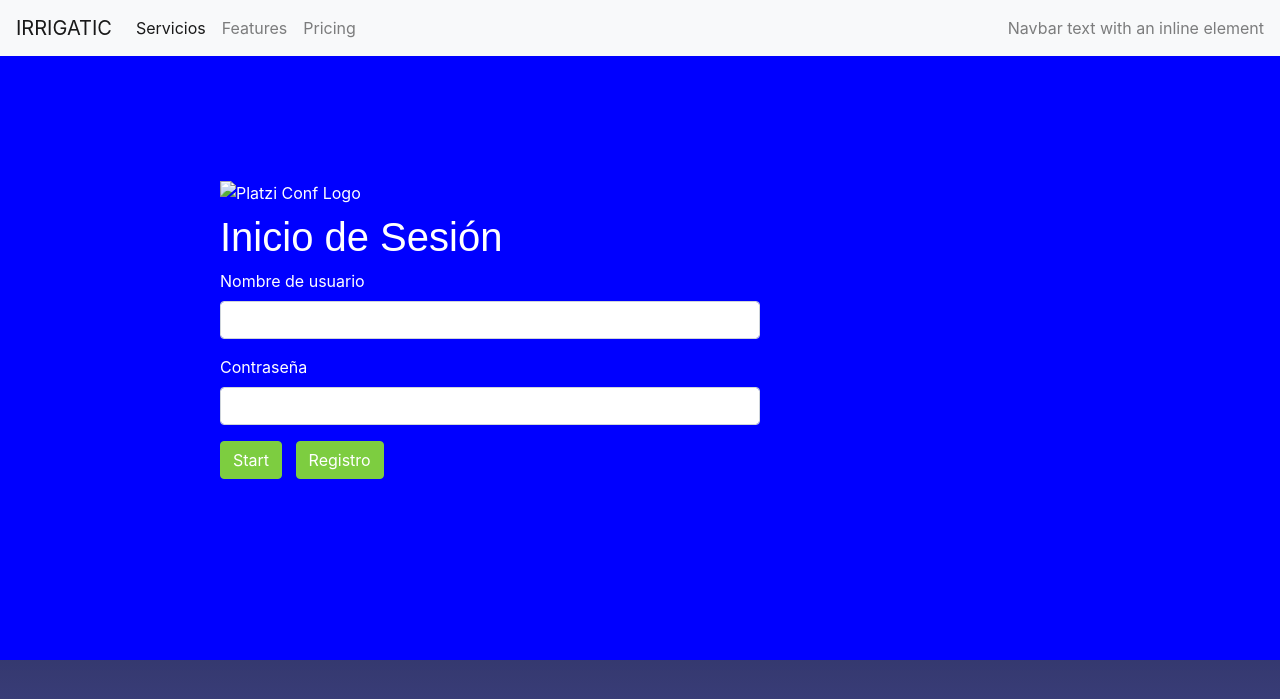
Repository: CristianPalta1/pages_react
Page: /
The author's editor kept a copy of each file at every save. The page is drawn from the files as they stood at one save, then again after the next save.
The browser window is 1280 px wide. The pictures show the whole page.
The project was rebuilt for these pictures with package versions that can differ from the ones it lists, and the page was loaded fresh each time. Also part of the build but not shown: src/components/styles/Navbar.css, src/components/Container.jsx, src/pages/Dashboard.jsx, src/pages/IngresoDoc.jsx, src/pages/NotifiDoc.jsx, src/pages/styles/Badges.css, src/components/Registros.jsx, src/components/styles/BadgesList.css and 7 more.

Above is the page before, as saved 2019-08-29 15:02:21.

### src/index.js
import React from 'react';
import ReactDOM from 'react-dom';
import './index.css';
import 'bootstrap/dist/css/bootstrap.css'

import App from './components/App';
import * as serviceWorker from './serviceWorker';

ReactDOM.render(<App />, document.getElementById('root'));



// If you want your app to work offline and load faster, you can change
// unregister() to register() below. Note this comes with some pitfalls.
// Learn more about service workers: https://bit.ly/CRA-PWA
serviceWorker.unregister();

### src/index.css
body {
  margin: 0;
  font-family: -apple-system, BlinkMacSystemFont, "Segoe UI", "Roboto", "Oxygen",
    "Ubuntu", "Cantarell", "Fira Sans", "Droid Sans", "Helvetica Neue",
    sans-serif;
  -webkit-font-smoothing: antialiased;
  -moz-osx-font-smoothing: grayscale;
}

code {
  font-family: source-code-pro, Menlo, Monaco, Consolas, "Courier New",
    monospace;
}


@import url('https://fonts.googleapis.com/css?family=Lato:300,400,700');
@import url('https://fonts.googleapis.com/css?family=Anton');


* {
  -webkit-font-smoothing: antialiased;
  -moz-osx-font-smoothing: grayscale;
}

body {
  font-family: 'Lato', 'Helvetica Neue', sans-serif;
  background-color: #F4F4F7;
}

h1 {
  font-family: 'Anton', sans-serif;
}

a.link-unstyled {
  color: inherit;
}

a.link-unstyled:hover {
  color: inherit;
  text-decoration: none;
}

.btn {
  padding: 0.375rem 2rem;
}

.btn.btn-primary {
  color: #fff;
  background-color: #7DCD40;
  border-color: #7DCD40;
}

.btn.btn-primary:not(:disabled):not(.disabled):hover {
  color: #fff;
  background-color: #7DCD40;
  border-color: #7DCD40;
}

.btn.btn-primary:not(:disabled):not(.disabled):active {
  color: #fff;
  background-color: #7DCD40;
  border-color: #7DCD40;
}

.btn.btn-primary:not(:disabled):not(.disabled):focus {
  box-shadow: 0 0 0 0.2rem rgba(125, 205, 64, 0.5);
}

.btn.btn-danger {
  color: #fff;
  background-color: #CD4040;
  border-color: #CD4040;
}

.btn.btn-danger:not(:disabled):not(.disabled):hover {
  color: #fff;
  background-color: #CD4040;
  border-color: #CD4040;
}

.btn.btn-danger:not(:disabled):not(.disabled):active {
  color: #fff;
  background-color: #CD4040;
  border-color: #CD4040;
}

.btn.btn-danger:not(:disabled):not(.disabled):focus {
  box-shadow: 0 0 0 0.2rem rgba(255, 64, 64, 0.5);
}

### src/components/App.js


import React from 'react';
import { BrowserRouter, Switch, Route } from 'react-router-dom';

// import logo from './logo.svg';
// import './App.css';
// import Navbar from "./Navbar";
// import Carousel from './Carousel';
// import Badge from './Badge';
// import Forms from './Forms';
import Layout from './Layout';
import Inicio from '../pages/Inicio';
import Dashboard from '../pages/Dashboard';
import IngresoDoc from '../pages/IngresoDoc';
import NotificDoc from '../pages/NotifiDoc';
import Registro from '../pages/Registro';
import Loader from '../pages/Loader'
import NotFound from '../pages/NotFound';

function App() {
  return (
    <BrowserRouter>
      <Layout>
        <Switch>
          <Route exact path="/" component={Inicio} />
          <Route exact path="/Dashboard" component={Dashboard} />
          <Route exact path="/Registro_Usuarios" component={Registro} />
          <Route exact path="/Dashboard/Ingreso_Documentos" component={IngresoDoc} />
          <Route exact path="/Dashboard/Notificacion_Documentos" component={NotificDoc} />
          <Route exact path="/Dashboard/Datos_Api" component={Loader} />
          <Route component={NotFound} />
        </Switch>
      </Layout>
    </BrowserRouter>

  );
}

export default App;

### src/pages/Inicio.jsx
//Aqui mostrare el formulario de inicio de sesión

import React, { Component } from "react";
// import { Link } from "react-router-dom";

import "./styles/Home.css";
import Forms from "../components/Forms";

class Inicio extends Component {
  //Debo inicializar mi estado, como objeto vacio
  state = {
    form: {
        Name: '',
        Pass: ''
    }
  };

  handleChange = e => {
    //Para ver el valor del inpunt see escribe value:e.target.value
    //tambien funciona con el input para saber que es name:e.target.name

    // const nextForm = this.state.form
    // nextForm[e.target.name] =  e.target.value;

    this.setState({
      // form: nextForm,
      //Esto es lo que va a hacer es que cada campo, se guardada en su respectivo input
      form: {
        ...this.state.form,
        [e.target.name]: e.target.value
      }
    });
  };

  //Evento para saber que sucedio al hacer click en el boton
  handleClick = e => {
    console.log("Boton Oprimido");
  };

  //El boton es de tipo submit, si no quiero que eso pase porque recarga la pagina,
  //debo espicicar el tipo de boton. En este caso tipo button
  handleSubmit = e => {
    e.preventDefault();
    console.log("Formulario ha sido Enviado");
    console.log(this.state.form);
  };

  render() {
    return (
      <div className="Home">
        <div className="container">
          <div className="row">
            <div className="col-8">
              <Forms
              onChange={this.handleChange}
              formValues = {this.state.form}/>
            </div>
            <div className="col-4">
              jojoj
            </div>
          </div>
        </div>
      </div>
    );
  }
}

export default Inicio;

### src/components/Navbar.jsx
import React from "react";
import { Link } from "react-router-dom";
import "./styles/Navbar.css";

// import './styles/Navbar.css';
// import logo from '../images/logo.svg';

class Navbar extends React.Component {
  render() {
    return (
      <nav className="navbar navbar-expand-lg navbar-light bg-light fixed-top" role="navigation">
        <a className="navbar-brand" href="#">
          IRRIGATIC
        </a>
        <button
          className="navbar-toggler"
          type="button"
          data-toggle="collapse"
          data-target="#navbarText"
          aria-controls="navbarText"
          aria-expanded="false"
          aria-label="Toggle navigation"
        >
          <span className="navbar-toggler-icon"></span>
        </button>
        <div className="collapse navbar-collapse" id="navbarText">
          <ul className="navbar-nav mr-auto">
            <li className="nav-item active">
              <a className="nav-link" href="#">
                Servicios
              </a>
            </li>
            <li className="nav-item">
              <a className="nav-link" href="#">
                Features
              </a>
            </li>
            <li className="nav-item">
              <a className="nav-link" href="#">
                Pricing
              </a>
            </li>
          </ul>
          <span className="navbar-text">Navbar text with an inline element</span>
        </div>
      </nav>
    );
  }
}

export default Navbar;

### src/pages/styles/Home.css
.Home {
  width: 100%;
  min-height: calc(100vh - 60px);
  background: #0000ff;
  /* background: url('../../images/stars.svg'), #1B1B25; */
  background-repeat: repeat;

  color: #ffffff;

  display: flex;
  align-items: center;
}

.Home__col {
  display: flex;
  flex-direction: column;
  justify-content: center;
  align-items: center;
}

@media screen and (min-width: 768px) {
  .Home__col {
    align-items: flex-start;
  }
}

### src/components/Forms.jsx
import React from 'react';
import { Link } from "react-router-dom";

import "./styles/Home.css";

class Forms extends React.Component {

//   state = {
//     Name: '',
//     Pass: ''
// };

  handleChange = e => {
    //Para ver el valor del inpunt see escribe value:e.target.value
    //tambien funciona con el input para saber que es name:e.target.name
  }

  //Evento para saber que sucedio al hacer click en el boton
  handleClick = e => {
    console.log('Boton Oprimido');
  };


  //El boton es de tipo submit, si no quiero que eso pase porque recarga la pagina,
  //debo espicicar el tipo de boton. En este caso tipo button
  handleSubmit = e => {
    e.preventDefault();
    console.log('Formulario ha sido Enviado');
    console.log(this.props.formValues);
  };

  render() {
    return (
      <div className="Home">
        <div className="container">
          {/* <div className="row"> */}
            {/* <div className="Home__col col-12 col-md-4"> */}
              <img
                // src={platziconfLogoImage}
                alt="Platzi Conf Logo"
                className="img-fluid mb-2"
              />

              <h1>Inicio de Sesión</h1>

              <form onSubmit={this.handleSubmit}>
                <div className="form-group">
                  <label>Nombre de usuario</label>
                  <input
                    onChange={this.props.onChange}
                    className="form-control"
                    type="text"
                    name="Name"
                    value={this.props.formValues.Name}
                  />
                </div>

                <div className="form-group">
                  <label>Contraseña</label>
                  <input
                    onChange={this.props.onChange}
                    className="form-control"
                    type="password"
                    name="Pass"
                    value={this.props.formValues.Pass}
                  />
                </div>
                <Link
                  onClick={this.handleClick}
                  className="btn btn-primary"
                  to="/Dashboard">
                  Start
                </Link>
                &nbsp;&nbsp;&nbsp;
                <Link
                className="btn btn-primary"
                to="/Registro_Usuarios">
                  Registro
                </Link>
              </form>

            {/* </div> */}

            {/* <div className="Home__col d-none d-md-block col-md-8">
              <img
                // src={astronautsImage}
                alt="Astronauts"
                className="img-fluid p-4"
              />
            </div> */}
          {/* </div> */}
        </div>
      </div>
    );
  }
}

export default Forms;

### src/pages/styles/Api.css
* {
    box-sizing: border-box;
  }

  body {
    font-family: -apple-system, BlinkMacSystemFont, "Segoe UI", Roboto, Oxygen,
      Ubuntu, Cantarell, "Open Sans", "Helvetica Neue", sans-serif;
    color: white;
    background: rgb(22, 24, 38);
    background: linear-gradient(
      180deg,
      rgba(22, 24, 38, 1) 0%,
      rgba(22, 24, 38, 1) 40%,
      rgba(58, 62, 123, 1) 100%
    );
    background-repeat: no-repeat;
    min-height: 100vh;
  }

  .App {
    display: flex;
    flex-direction: column;
  }

  .Logo {
    align-self: center;
    max-width: 100%;
  }

  ul {
    list-style: none;
    padding-left: 0;
  }

  .container {
    width: 100%;
    max-width: 900px;
    margin: 0 auto;
  }

  .row {
    display: flex;
    flex-wrap: wrap;
  }

  .col-6 {
    padding-left: 0.5rem;
    padding-right: 0.5rem;
    flex-basis: 50%;
  }

  @media screen and (min-width: 600px) {
    .col-md-3 {
      padding-left: 0.5rem;
      padding-right: 0.5rem;
      flex-basis: 25%;
    }
  }

  .CharacterCard {
    width: 100%;
    height: 240px;
    background: white;
    background-size: cover;
    background-repeat: no-repeat;
    background-position: center;
    border-radius: 5px;
    overflow: hidden;
    margin-bottom: 1rem;
    position: relative;
  }

  .CharacterCard__name-container {
    color: white;
    position: absolute;
    bottom: 0;
    width: 100%;
    background-color: rgba(0, 0, 0, 0.7);
    padding: 1rem 0.5rem;
  }

  .text-truncate {
    text-overflow: ellipsis;
    white-space: nowrap;
    overflow: hidden;
  }

  .text-center {
    text-align: center;
  }

  button {
    background-color: #44c767;
    border-radius: 4px;
    border: 1px solid #18ab29;
    display: inline-block;
    cursor: pointer;
    color: #ffffff;
    font-size: 17px;
    padding: 16px 31px;
    text-decoration: none;
    text-shadow: 0px 1px 0px #2f6627;
  }

Loaded but not shown: public/index.html (common file); src/serviceWorker.js (common file); src/components/Layout.jsx (common file)

After the next save:
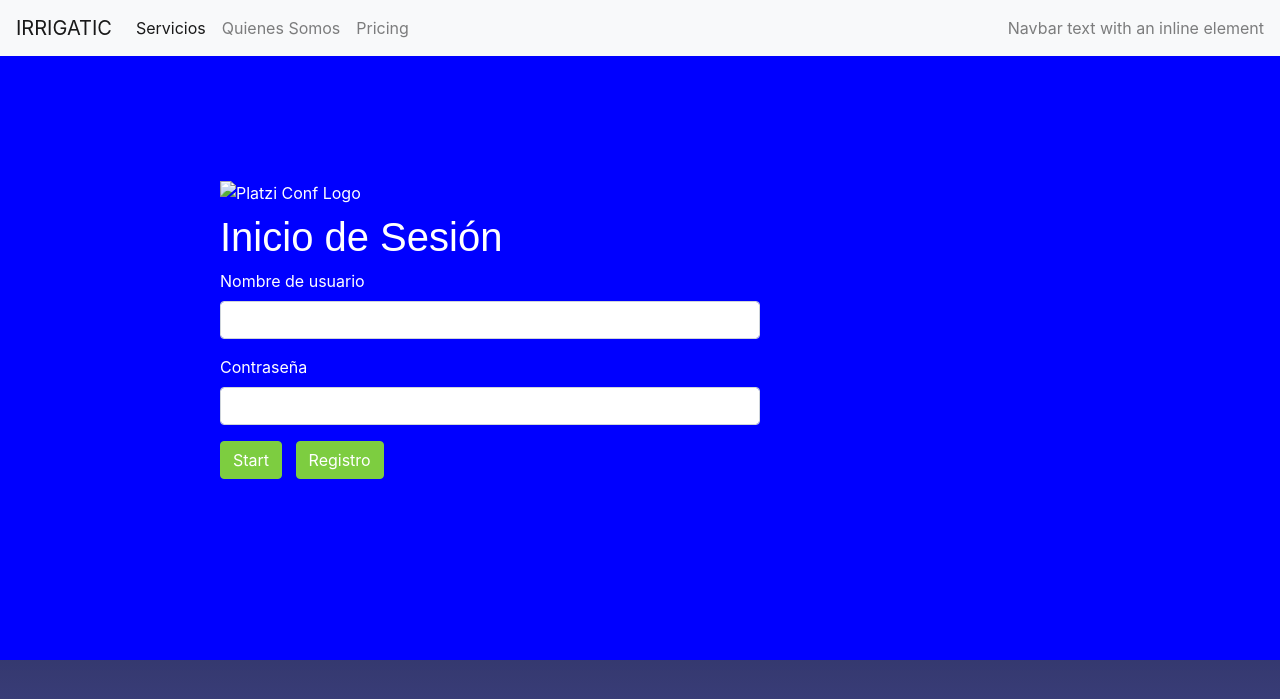
Saved 5 s later.
--- a/src/components/Navbar.jsx
+++ b/src/components/Navbar.jsx
@@ -32,7 +32,7 @@ class Navbar extends React.Component {
             </li>
             <li className="nav-item">
               <a className="nav-link" href="#">
-                Features
+                Quienes Somos
               </a>
             </li>
             <li className="nav-item">
